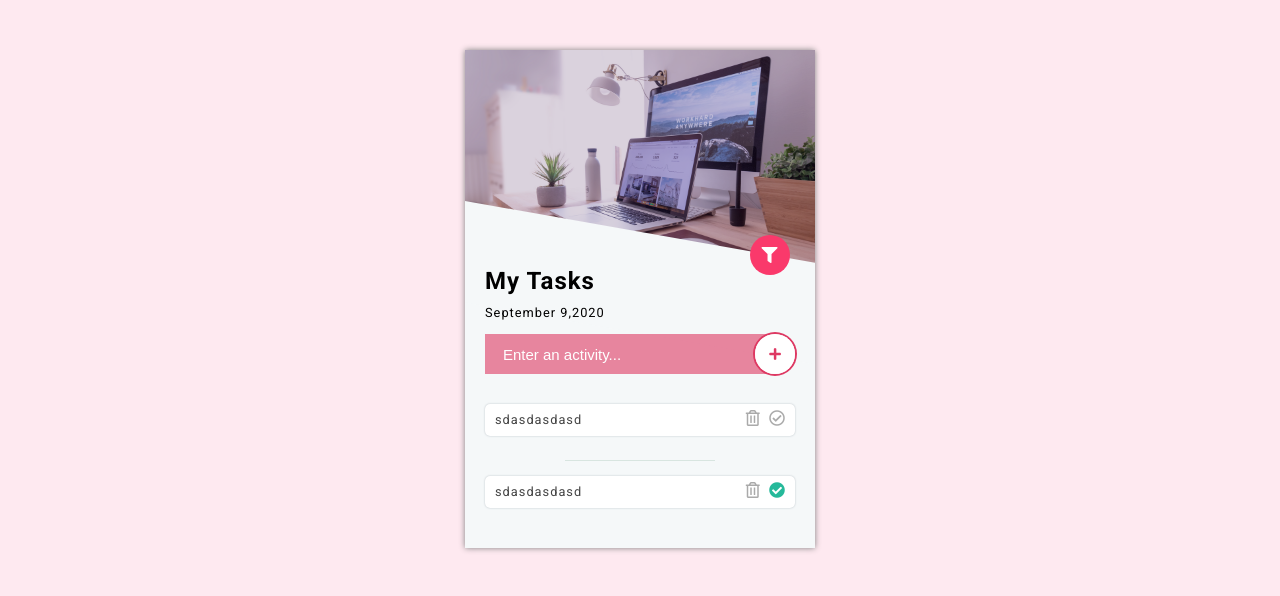
Repository: Khoi300399/BC35E_ES6-B4_MaThanhKhoi
Page: index.html
An editor plug-in stored every save of this project. The page is shown before and after the next save, followed by the edit.
The browser window is 1280 px wide. The pictures show the whole page.
Some web libraries are served in a nearby version.

Above is the page before, as saved 2022-10-26 09:07:11.

### index.html
<!DOCTYPE html>
<html lang="en">
  <head>
    <meta charset="UTF-8" />
    <meta name="viewport" content="width=device-width, initial-scale=1.0" />
    <meta http-equiv="X-UA-Compatible" content="ie=edge" />
    <title>Document</title>

    <link
      href="https://fonts.googleapis.com/css?family=Roboto:300,400,700&display=swap"
      rel="stylesheet"
    />
    <link
      rel="stylesheet"
      href="https://cdnjs.cloudflare.com/ajax/libs/font-awesome/5.11.2/css/all.css"
    />

    <link rel="stylesheet" href="./css/style.css" />
  </head>

  <body>
    <div class="card">
      <div class="card__header">
        <img src="./img/X2oObC4.png" />
      </div>
      <!-- <h2>hello!</h2> -->
      <div class="card__body">
        <div class="filter-btn">
          <a id="one" href="#"><i class="fa fa-check-circle"></i></a>
          <a id="two" href="#"><i class="fa fa-sort-alpha-down"></i></a>
          <a id="three" href="#"><i class="fa fa-sort-alpha-up"></i></a>
          <a id="all" href="#"><i class="fa fa-clock"></i></a>
          <span class="toggle-btn">
            <i class="fa fa-filter"></i>
            <i class="fa fa-times"></i>
          </span>
        </div>
        <div class="card__content">
          <div class="card__title">
            <h2>My Tasks</h2>
            <p>September 9,2020</p>
          </div>
          <div class="card__add">
            <input
              id="newTask"
              type="text"
              placeholder="Enter an activity..."
            />
            <button id="addItem">
              <i class="fa fa-plus"></i>
            </button>
          </div>
          <div class="card__todo">
            <!-- Uncompleted tasks -->
            <ul class="todo" id="todo">
              <li>
                sdasdasdasd
                <div class="buttons">
                  <button>
                    <span class="remove"><i class="far fa-trash-alt"></i></span>
                  </button>
                  <button>
                    <span class="complete"
                      ><i class="far fa-check-circle"></i
                    ></span>
                  </button>
                </div>
              </li>
            </ul>
            <!-- Completed tasks -->
            <ul class="todo" id="completed">
              <li>
                sdasdasdasd
                <div class="buttons">
                  <button>
                    <a class="remove"><i class="far fa-trash-alt"></i></a>
                  </button>
                  <button>
                    <span class="complete"
                      ><i class="fas fa-check-circle"></i
                    ></span>
                  </button>
                </div>
              </li>
            </ul>
          </div>
        </div>
      </div>
    </div>

    <script
      src="https://code.jquery.com/jquery-3.4.1.js"
      integrity="sha256-WpOohJOqMqqyKL9FccASB9O0KwACQJpFTUBLTYOVvVU="
      crossorigin="anonymous"
    ></script>

    <script>
      $(function () {
        $(".toggle-btn").click(function () {
          $(".filter-btn").toggleClass("open");
        });

        $(".filter-btn a").click(function () {
          $(".filter-btn").removeClass("open");
        });
      });
    </script>
    <script type="module" src="./src/controllers/index.js"></script>
  </body>
</html>

### css/style.css
body {
  font-family: "Roboto", sans-serif;
  background-color: #fee9f0;
  font-size: 16px;
}

* {
  margin: 0;
  padding: 0;
  box-sizing: border-box;
}

.card {
  margin: 50px auto;
  background-color: #f5f8f9;
  /* height: 430px; */
  width: 350px;
  box-shadow: 0 0 6px grey;
  overflow: hidden;
  line-height: 2rem;
  letter-spacing: 1px;
}

.card__header {
  height: 215px;
  overflow: hidden;
  position: relative;
}

.card__header img {
  width: 100%;
}

.card__header::after {
  content: "";
  position: absolute;
  left: 0;
  top: 0;
  width: 100%;
  height: 100%;
  background: rgba(71, 32, 84, 0.2);
}

.card__body {
  position: relative;
}

.card__body::before {
  content: "";
  position: absolute;
  top: -35px;
  left: -50px;
  background-color: #f5f8f9;
  height: 100px;
  width: 120%;
  display: block;
  transform: rotate(10deg);
}

.card__content {
  position: relative;
  padding: 0 20px;
}

.card__title p {
  font-size: 0.8rem;
}

/* Filler Button */
.filter-btn {
  position: absolute;
  z-index: 2;
  right: 0;
  width: 40px;
  height: 40px;
  transition: all 0.4s ease-in-out 0s;
}

.filter-btn span i {
  width: 40px;
  height: 40px;
  background: #fa396b;
  display: block;
  position: absolute;
  right: 25px;
  top: -30px;
  text-align: center;
  color: #fff;
  line-height: 40px;
  border-radius: 50%;
  font-size: 1rem;
  z-index: 999;
}

span.toggle-btn:hover {
  cursor: pointer;
}

.filter-btn a {
  position: absolute;
  width: 40px;
  height: 40px;
  line-height: 40px;
  text-align: center;
  right: 25px;
  display: block;
  top: -30px;
  color: #fff;
  z-index: 99;
  font-size: 1.2rem;
  transition: all 0.4s cubic-bezier(0.68, 1, 0.265, 1);
}

.filter-btn:after {
  height: 150px;
  width: 150px;
  content: "";
  background-color: #fa396b;
  position: absolute;
  top: -86px;
  right: -35px;
  border-radius: 50%;
  transform: scale(0);
  transition: all 0.3s ease-in-out 0s;
}

.filter-btn.open span.toggle-btn i {
  background-color: #de3963;
}

.filter-btn .fa-times {
  display: none;
}

.filter-btn .fa-filter {
  display: block;
}

.filter-btn.open .fa-times {
  display: block;
}

.filter-btn.open .fa-filter {
  display: none;
}

.open:after {
  transform: scale(1);
}

.filter-btn.open a:nth-child(1) {
  transform: translate(9px, -48px);
}

.filter-btn.open a:nth-child(2) {
  transform: translate(-42px, -26px);
}

.filter-btn.open a:nth-child(3) {
  transform: translate(-39px, 29px);
}

.filter-btn.open a:nth-child(4) {
  transform: translate(6px, 52px);
}

/* Add */
.card__add {
  /* background: #DE3963; */
  display: flex;
  position: relative;

  margin-top: 5px;
}
.card__add input {
  width: 100%;
  height: 40px;
  /* float: left; */
  color: #fff;
  font-size: 15px;
  font-weight: 400;
  text-indent: 18px;
  /* padding: 0 60px 0 0; */
  background: rgba(222, 57, 99, 0.6);
  /* border-radius: 3px; */
  border-top-right-radius: 25px;
  border-bottom-right-radius: 25px;
  border: 0px;
  box-shadow: none;
  outline: none;
}

.card__add input::placeholder {
  color: #fff;
}

.card__add button {
  border: none;
  border-radius: 50%;
  position: absolute;
  top: 0;
  right: 0;
  /* width: 40px;
  height: 40px; */
  box-shadow: 0 0 0 2px rgba(222, 57, 99);
  cursor: pointer;
  outline: none;
}
.card__add i {
  width: 40px;
  height: 40px;
  border-radius: 25px;
  background: #fff;
  line-height: 40px;
  color: #de3963;
}

/* Todo list */
ul.todo {
  list-style: none;
}
ul.todo li {
  display: flex;
  justify-content: space-between;
  width: 100%;
  min-height: 30px;
  font-size: 0.8rem;
  font-weight: 500;
  color: #444;
  background: #fff;
  border-radius: 5px;
  box-shadow: 0px 0px 2px rgba(44, 62, 80, 0.3);
  margin: 0 0 10px 0;
  padding: 0 10px;
  word-break: break-word;
}

ul.todo#todo {
  padding-top: 30px;
}
ul.todo#completed {
  position: relative;
  padding: 30px 0;
}

ul.todo#completed:before {
  content: "";
  width: 150px;
  height: 1px;
  background: #d8e5e0;

  position: absolute;
  top: 14px;
  left: 50%;

  margin: 0 0 0 -75px;
}

ul.todo#todo:empty:after {
  content: "You have nothing to-do!";
  margin: 15px 0 0 0;
}

ul.todo#completed:empty:after {
  content: "You have yet to complete any tasks.";
}

ul.todo#todo:after,
ul.todo#completed:after {
  width: 100%;
  display: block;
  text-align: center;
  font-size: 12px;
  color: #aaa;
}

ul.todo li .buttons button {
  background: none;
  border: 0px;
  box-shadow: none;
  outline: none;
  cursor: pointer;
  position: relative;
  padding: 5px 0 5px 5px;
  font-size: 1rem;
}
ul.todo li .buttons .remove {
  color: #aaa;
}
ul.todo li .buttons .remove:hover {
  color: #fa396b;
}

ul.todo li .buttons .complete {
  color: #aaa;
}

ul.todo li .buttons .complete:hover {
  color: #25b99a;
}

ul.todo#todo li .buttons .complete .fas {
  display: none;
}

ul.todo#todo li .buttons .complete .far {
  display: block;
}

ul.todo#completed li .buttons .complete .fas {
  display: block;
  color: #25b99a;
}

ul.todo#completed li .buttons .complete .far {
  display: none;
}

ul.todo#completed span {
  color: #25b99a;
}

### src/controllers/index.js
import { CompletedList } from "../models/CompletedList.js";
import { TodoList } from "../models/TodoList.js";

let arrTodo = new TodoList();
arrTodo.getLocalStorage();
let arrCompleted = new CompletedList();

document.querySelector("#addItem").onclick = function () {
  var newTodo = document.querySelector("#newTask").value;
  arrTodo.addTodo(newTodo);
  console.log(arrTodo);
  arrTodo.saveLocalStorage();
  arrTodo.renderUI("#todo");
};

### src/models/CompletedList.js
export class CompletedList {
  arrCompleted = [];

  addCompleted(newCompleted) {
    this.arrCompleted.push(newCompleted);
  }
  deleteCompleted(index) {
    if (index !== -1) {
      this.arrCompleted.splice(index, 1);
    }
  }
  saveLocalStorage() {
    let stringArrCompleted = JSON.stringify(this.arrCompleted);
    localStorage.setItem("arrCompleted", stringArrCompleted);
  }
  getLocalStorage() {
    if (localStorage.getItem("arrCompleted")) {
      this.arrCompleted = JSON.parse(localStorage.getItem("arrCompleted"));
    }
  }
  renderUI(selector) {
    let html = this.arrCompleted.reduce((content, completed, index) => {
      return (content += `
      <li>
      ${completed}
      <div class="buttons">
        <button>
          <a class="remove"onclick="remove(${index})"><i class="far fa-trash-alt"></i></a>
        </button>
        <button>
          <span class="complete"
            ><i class="fas fa-check-circle"></i
          ></span>
        </button>
      </div>
    </li>
          `);
    }, "");
  }
}

### src/models/TodoList.js
export class TodoList {
  arrTodo = [];

  addTodo(newTodo) {
    this.arrTodo.push(newTodo);
  }
  deleteTodo(index) {
    if (index !== -1) {
      this.arrTodo.splice(index, 1);
    }
  }
  saveLocalStorage() {
    let stringArrTodo = JSON.stringify(this.arrTodo);
    localStorage.setItem("arrTodo", stringArrTodo);
  }
  getLocalStorage() {
    if (localStorage.getItem("arrTodo")) {
      this.arrTodo = JSON.parse(localStorage.getItem("arrTodo"));
    }
  }
  renderUI(selector) {
    let html = this.arrTodo.reduce((content, todo, index) => {
      return (content += `
        <li>
        ${todo}
        <div class="buttons">
          <button>
            <span class="remove" onclick="remove(${index})"><i class="far fa-trash-alt" ></i></span>
          </button>
          <button >
            <span class="complete" onclick="complete(${index})"><i class="far fa-check-circle"></i></span>
          </button>
        </div>
      </li>
        `);
    }, "");
    document.querySelector("#todo").innerHTML = html;
  }
}

After the next save:
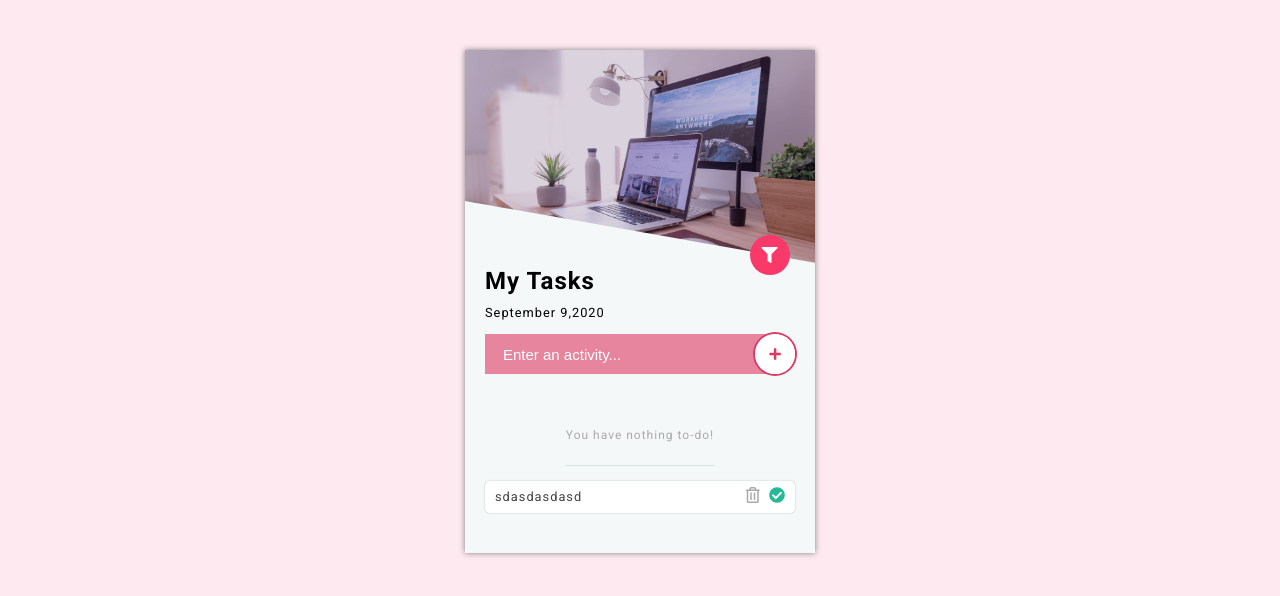
Saved 2 min 19 s later.
--- a/src/controllers/index.js
+++ b/src/controllers/index.js
@@ -2,7 +2,6 @@
 import { TodoList } from "../models/TodoList.js";
 
 let arrTodo = new TodoList();
-arrTodo.getLocalStorage();
 let arrCompleted = new CompletedList();
 
 document.querySelector("#addItem").onclick = function () {
@@ -12,3 +11,6 @@
   arrTodo.saveLocalStorage();
   arrTodo.renderUI("#todo");
 };
+
+arrTodo.getLocalStorage();
+arrTodo.renderUI("#todo");

After the save that followed:
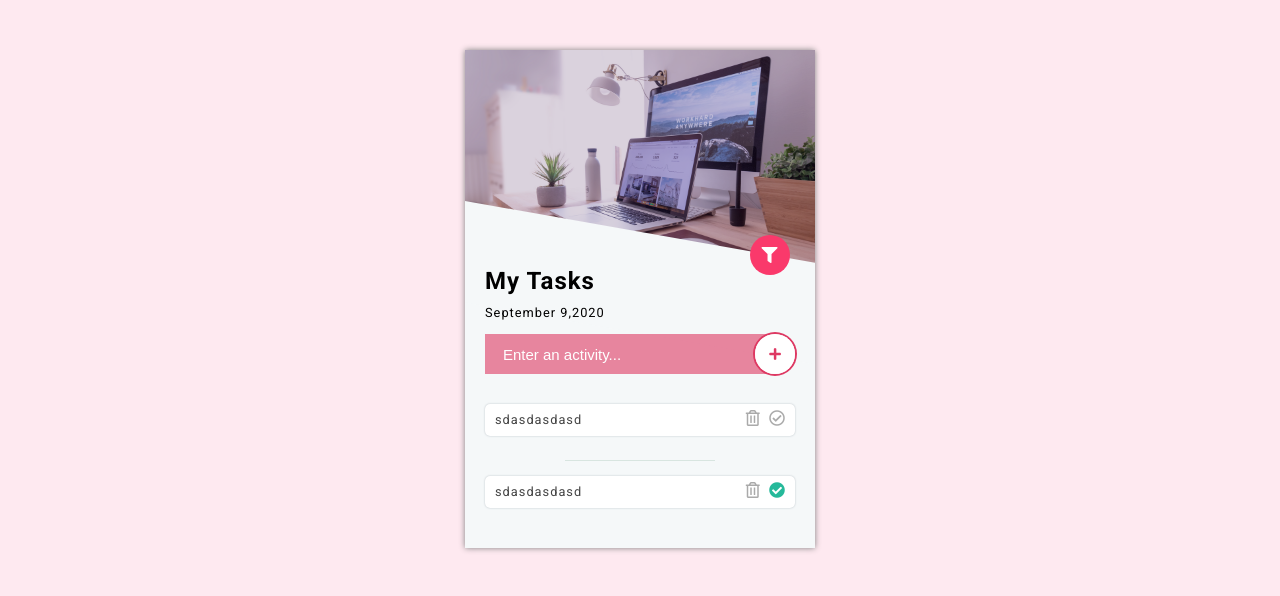
Saved 22 s later.
--- a/src/controllers/index.js
+++ b/src/controllers/index.js
@@ -13,4 +13,4 @@
 };
 
 arrTodo.getLocalStorage();
-arrTodo.renderUI("#todo");
+// arrTodo.renderUI("#todo");s
